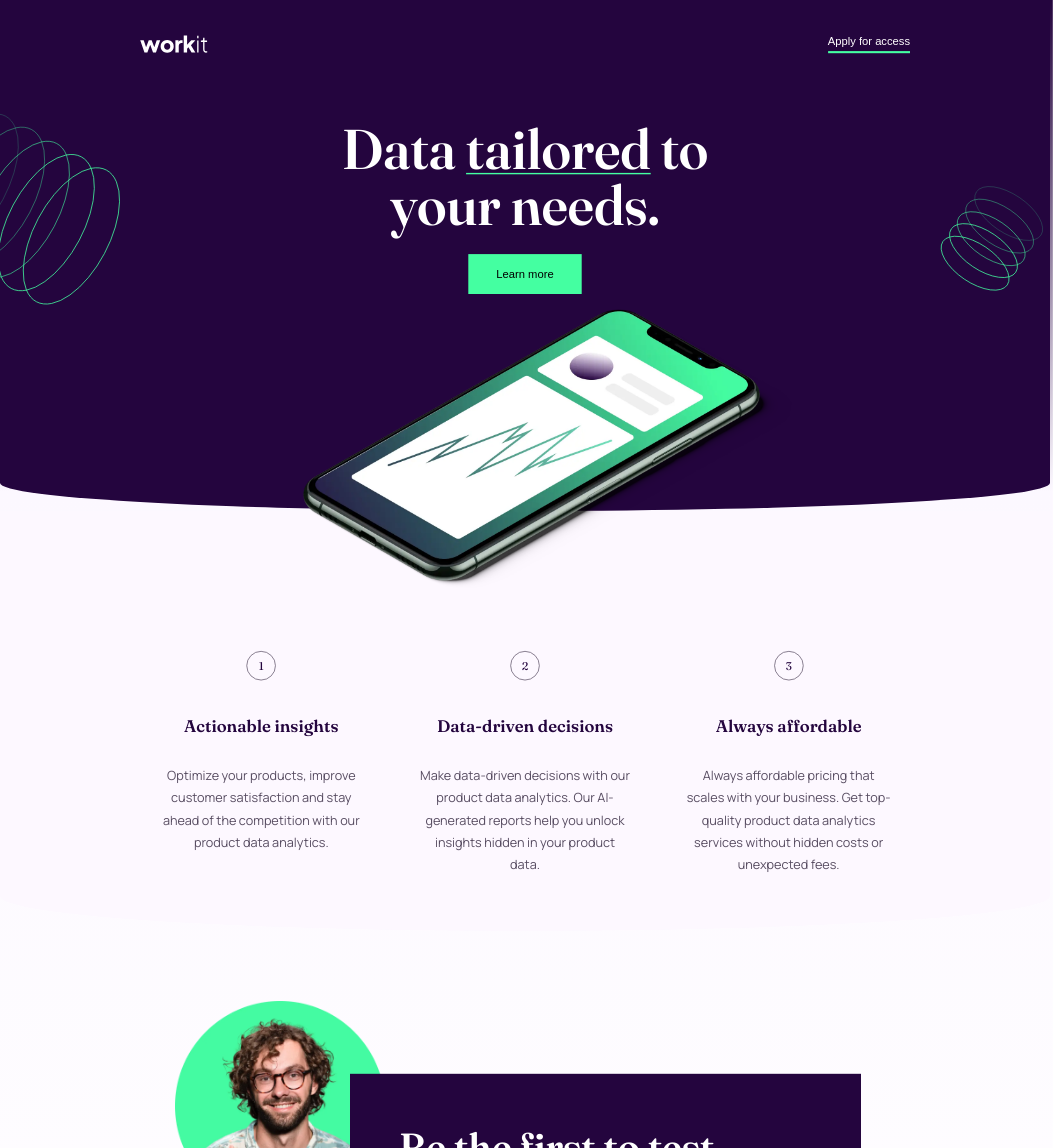
Repository: Arkitecth/landing_page
Page: starter-code/index.html
The author's editor kept a copy of each file at every save. The page is drawn from the files as they stood at one save, then again after the next save.
The browser window is 1280 px wide. The page is 1504 px wide, so the pictures cover 1504 px, including what lies to the right of the window. The pictures show the part of the page from y = 0 to 1640 px (the page is 2341 px tall), at 70% of full size.

Above is the page before, as saved 2023-05-19 19:27:38.

After the next save:
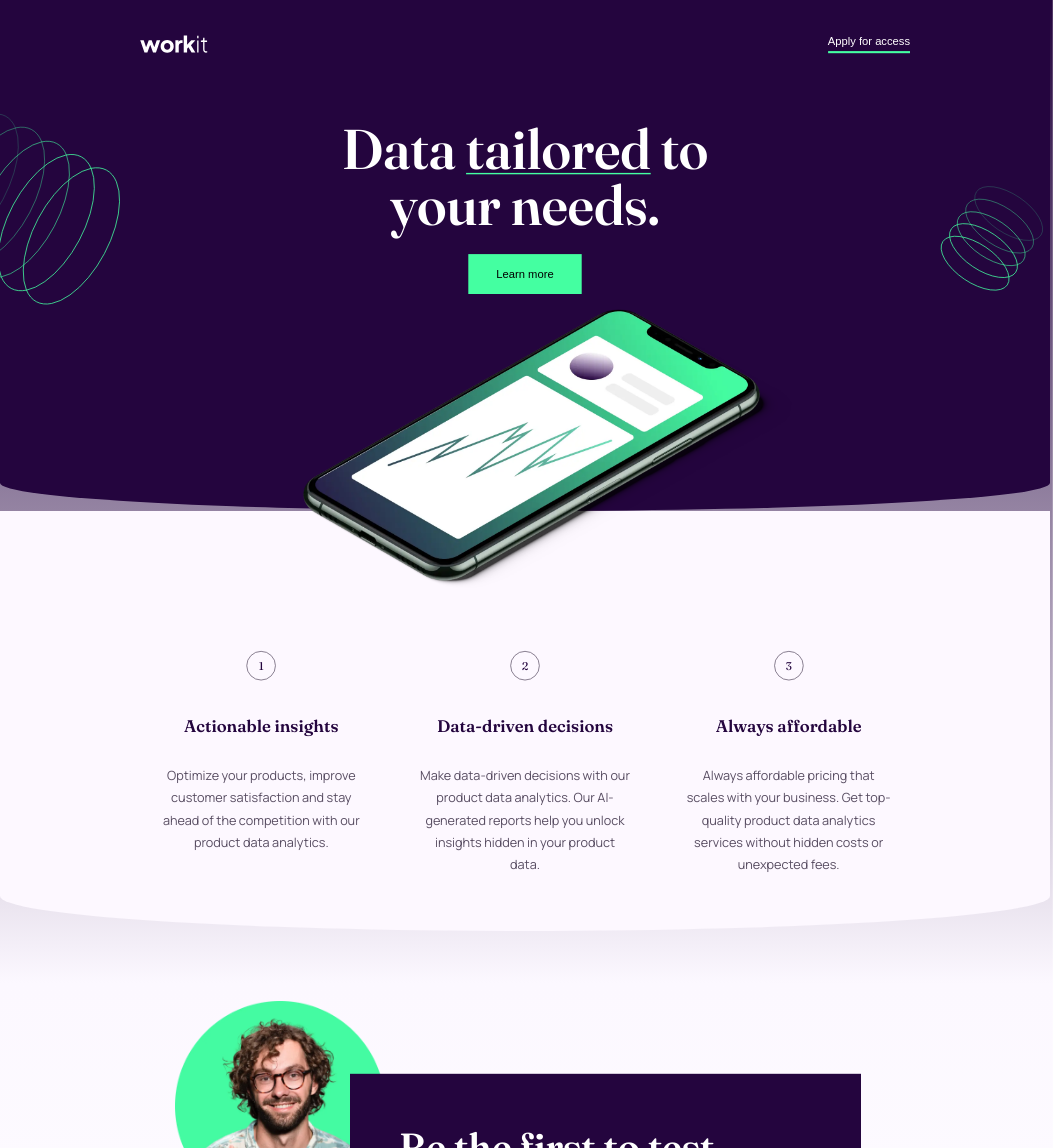
Saved 2 min 10 s later.
--- a/starter-code/styles.css
+++ b/starter-code/styles.css
@@ -16,7 +16,7 @@
 }
 
 html,body {
-    background: linear-gradient(180deg, rgba(36,5,62,1) 0%, rgba(252,248,255,1) 30%, rgba(255,255,255,1) 100%);
+    background: linear-gradient(180deg, rgba(36,5,62,1) 0%, rgba(252,248,255,1) 60%, rgba(255,255,255,1) 100%);
     width: 1100px;
 }
 
